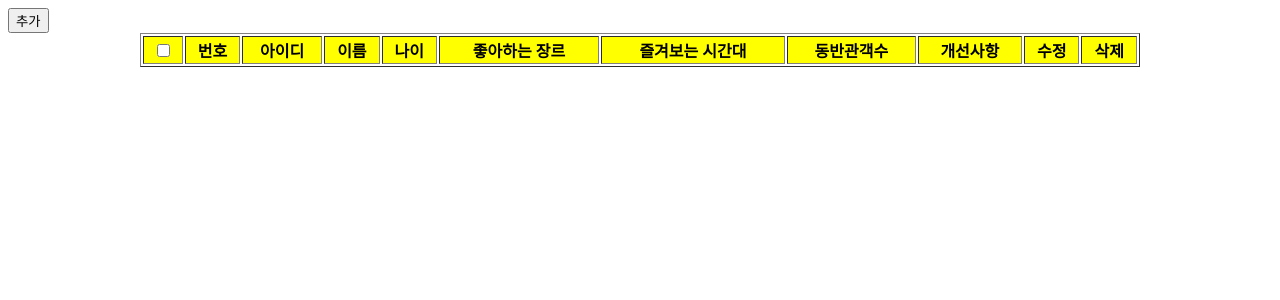
Repository: uj06134/Metabuild_JSP
Page: http://localhost/05_JDBC_movie/select.jsp
The author's editor kept a copy of each file at every save. The page is drawn from the files as they stood at one save, then again after the next save.
The browser window is 1280 px wide. The pictures show the whole page.
The page is served by Tomcat 9. Other server files are loaded and not shown. Queries for data that is not in the repository find no rows.

Above is the page before, as saved 2025-09-12 08:09:19.

### 05_JDBC_movie/src/main/webapp/select.jsp
<%@ page language="java" contentType="text/html; charset=UTF-8"
    pageEncoding="UTF-8"%>
<%@ page import = "java.util.*" %>
<%@ page import = "myPkg.*" %>

<!-- MovieDao 객체 생성 -->
<jsp:useBean id="bdao" class="myPkg.MovieDao"/>

<!-- getAllMovie 메서드 호출 -->
<%
	ArrayList<MovieBean> list = bdao.getAllMovie();
%>

<style type="text/css">
    table {
        width: 1000px;
        margin: auto;
        text-align: center;
    }

    table th {
        background-color: Yellow;
    }
</style>
<script type="text/javascript">
	function allDelete(obj){
		rowcheck = document.getElementsByName("rowcheck");
		if(obj.checked){
			for(i=0;i<rowcheck.length;i+=1){
				rowcheck[i].checked = true;
			}
		}else{
			for(i=0;i<rowcheck.length;i+=1){
				rowcheck[i].checked = false;
			}
		}
	}// allDelete

	function selectDelete(){

	}
</script>

<input type="button" value="추가" onClick="location.href='insertForm.jsp'">
<table border ="1">
	<tr>
		<th><input type="checkbox" name="allcheck" onClick="allDelete()"></th>
		<th>번호</th>
		<th>아이디</th>
		<th>이름</th>
		<th>나이</th>
		<th>좋아하는 장르</th>
		<th>즐겨보는 시간대</th>
		<th>동반관객수</th>
		<th>개선사항</th>
		<th>수정</th>
		<th>삭제</th>
	</tr>
		<%for(MovieBean mb : list){%>
		<tr>
			<td><input type="checkbox" name="rowcheck"></td>
			<td><%= mb.getNum()%></td>
			<td><%= mb.getId() %></td>
			<td><%= mb.getName() %></td>
			<td><%= mb.getAge() %></td>
			<td><%= mb.getGenre() %></td>
			<td><%= mb.getTime() %></td>
			<td><%= mb.getPartner() %></td>
			<td><%= mb.getMemo()%></td>
			<td><a href = "updateForm.jsp?num=<%= mb.getNum() %>">수정</a></td>
			<td><a href = "deleteProc.jsp?num=<%= mb.getNum() %>">삭제</a></td>

		</tr>
		<%} %>
</table>

### 05_JDBC_movie/src/main/java/myPkg/MovieDao.java
package myPkg;

import java.sql.Connection;
import java.sql.DriverManager;
import java.sql.PreparedStatement;
import java.sql.ResultSet;
import java.sql.SQLException;
import java.util.ArrayList;

public class MovieDao {
	String driver = "oracle.jdbc.driver.OracleDriver";
    String url = "jdbc:oracle:thin:@localhost:1521:orcl";
    String id = "sqlid";
    String pw = "sqlpw";
    Connection conn = null;
    PreparedStatement ps = null;
	ResultSet rs = null;

	public MovieDao() {
		try {
			Class.forName(driver);
			System.out.println("드라이버 성공");
		} catch (ClassNotFoundException e) {
			e.printStackTrace();
		}
	}

	public void getConnection() {
		try {
			conn = DriverManager.getConnection(url, id, pw);
			System.out.println("접속 성공");
		} catch (SQLException e) {
			e.printStackTrace();
		}
	}

	public ArrayList<MovieBean> getAllMovie() {
		getConnection();
		ArrayList<MovieBean> list = new ArrayList<MovieBean>();
		try {
			String sql = "select * from movie order by num";
			ps = conn.prepareStatement(sql);
			rs = ps.executeQuery();

			while(rs.next()) {
				int num = rs.getInt("num");
				String id = rs.getString("id");
				String name = rs.getString("name");
				int age = rs.getInt("age");
				String genre = rs.getString("genre");
				String time = rs.getString("time");
				int partner = rs.getInt("partner");
				String memo = rs.getString("memo");

				MovieBean mb = new MovieBean(num, id, name, age, genre, time, partner, memo);

				list.add(mb);
			}
		} catch (SQLException e) {
			e.printStackTrace();
		} finally {
			try {
				if(rs != null)
					rs.close();
				if(ps != null)
					ps.close();
				if(conn != null)
					conn.close();
			} catch(SQLException e) {
				e.printStackTrace();
			}
		}
		return list;
	}// getAllMovie

	public int insertMovie(MovieBean mb) {
		getConnection();
		int cnt = -1;
		String sql = "insert into movie values(mv_seq.nextval, ?, ?, ?, ?, ?, ?, ?)";
		try {
			ps = conn.prepareStatement(sql);
			ps.setString(1, mb.getId());
			ps.setString(2, mb.getName());
			ps.setInt(3, mb.getAge());
			ps.setString(4, mb.getGenre());
			ps.setString(5, mb.getTime());
			ps.setInt(6, mb.getPartner());
			ps.setString(7, mb.getMemo());

			cnt = ps.executeUpdate();
		} catch (SQLException e) {
			e.printStackTrace();
		} finally {
			try {
				if(ps != null)
					ps.close();
				if(conn != null)
					conn.close();
			} catch(SQLException e) {
				e.printStackTrace();
			}
		}
		return cnt;
	}// insertMovie

	public MovieBean getMovieByNum(String num) {
		getConnection();
		MovieBean mb = null;
		try {
			String sql = "select * from movie where num = ?";
			ps = conn.prepareStatement(sql);
			ps.setInt(1, Integer.parseInt(num));
			rs = ps.executeQuery();
			if(rs.next()) {
				int num2 = rs.getInt("num");
				String id = rs.getString("id");
				String name = rs.getString("name");
				int age = rs.getInt("age");
				String genre = rs.getString("genre");
				String time = rs.getString("time");
				int partner = rs.getInt("partner");
				String memo = rs.getString("memo");

				mb = new MovieBean(num2, id, name, age, genre, time, partner, memo);

			}
		} catch (SQLException e) {
			e.printStackTrace();
		} finally {
			try {
				if(rs != null)
					rs.close();
				if(ps != null)
					ps.close();
				if(conn != null)
					conn.close();
			} catch(SQLException e) {
				e.printStackTrace();
			}
		}
		return mb;
	}// getMovieByNum

	public int updateMovie(MovieBean mb) {
		getConnection();
		int cnt = -1;
		try {
			String sql = "update movie set id=?, name=?, age=?, genre=?, time=?, partner=?, memo=? where num=?";
			ps = conn.prepareStatement(sql);
			ps.setString(1, mb.getId());
			ps.setString(2, mb.getName());
			ps.setInt(3, mb.getAge());
			ps.setString(4, mb.getGenre());
			ps.setString(5, mb.getTime());
			ps.setInt(6, mb.getPartner());
			ps.setString(7, mb.getMemo());
			ps.setInt(8, mb.getNum());

			cnt = ps.executeUpdate();

		} catch (SQLException e) {
			e.printStackTrace();
		} finally {
			try {
				if(ps != null)
					ps.close();
				if(conn != null)
					conn.close();
			} catch(SQLException e) {
				e.printStackTrace();
			}
		}
	return cnt;
	}// updateMovie

	public boolean searchId(String userid){
		getConnection();
		boolean flag = false;
		try {
			String sql = "select * from movie where id=?";
			ps = conn.prepareStatement(sql);
			ps.setString(1, userid);
			rs = ps.executeQuery();
			while(rs.next()) {
				flag = true; // 이미 존재
			}
		} catch (SQLException e) {
			e.printStackTrace();
		} finally {
			try {
				if(rs != null)
					rs.close();
				if(ps != null)
					ps.close();
				if(conn != null)
					conn.close();
			} catch(SQLException e) {
				e.printStackTrace();
			}
		}
		return flag;
	}// searchId

	public int deleteMovie(String num) {
        getConnection();
        int cnt = -1;
        try {
        	String sql = "delete from movie where num = ?";
            ps = conn.prepareStatement(sql);
            ps.setInt(1, Integer.parseInt(num));
            cnt = ps.executeUpdate();
        } catch (SQLException e) {
            e.printStackTrace();
        }finally {
            try {
                if(conn != null) conn.close();
                if(ps != null) ps.close();
            } catch (SQLException e) {
                e.printStackTrace();
            }
        }
        return cnt;
    }// deleteMovie

}

After the next save:
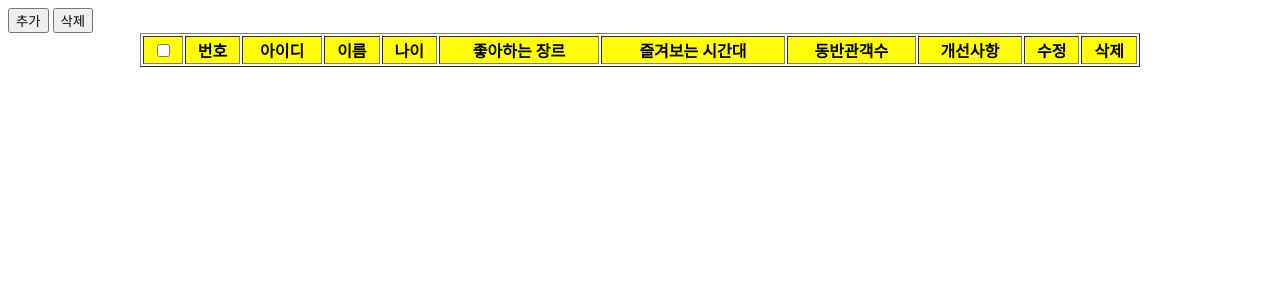
Saved 19 s later.
--- a/05_JDBC_movie/src/main/webapp/select.jsp
+++ b/05_JDBC_movie/src/main/webapp/select.jsp
@@ -42,6 +42,7 @@
 </script>
 
 <input type="button" value="추가" onClick="location.href='insertForm.jsp'">
+<input type="button" value="삭제" onClick="location.href='insertForm.jsp'">
 <table border ="1">
 	<tr>
 		<th><input type="checkbox" name="allcheck" onClick="allDelete()"></th>
